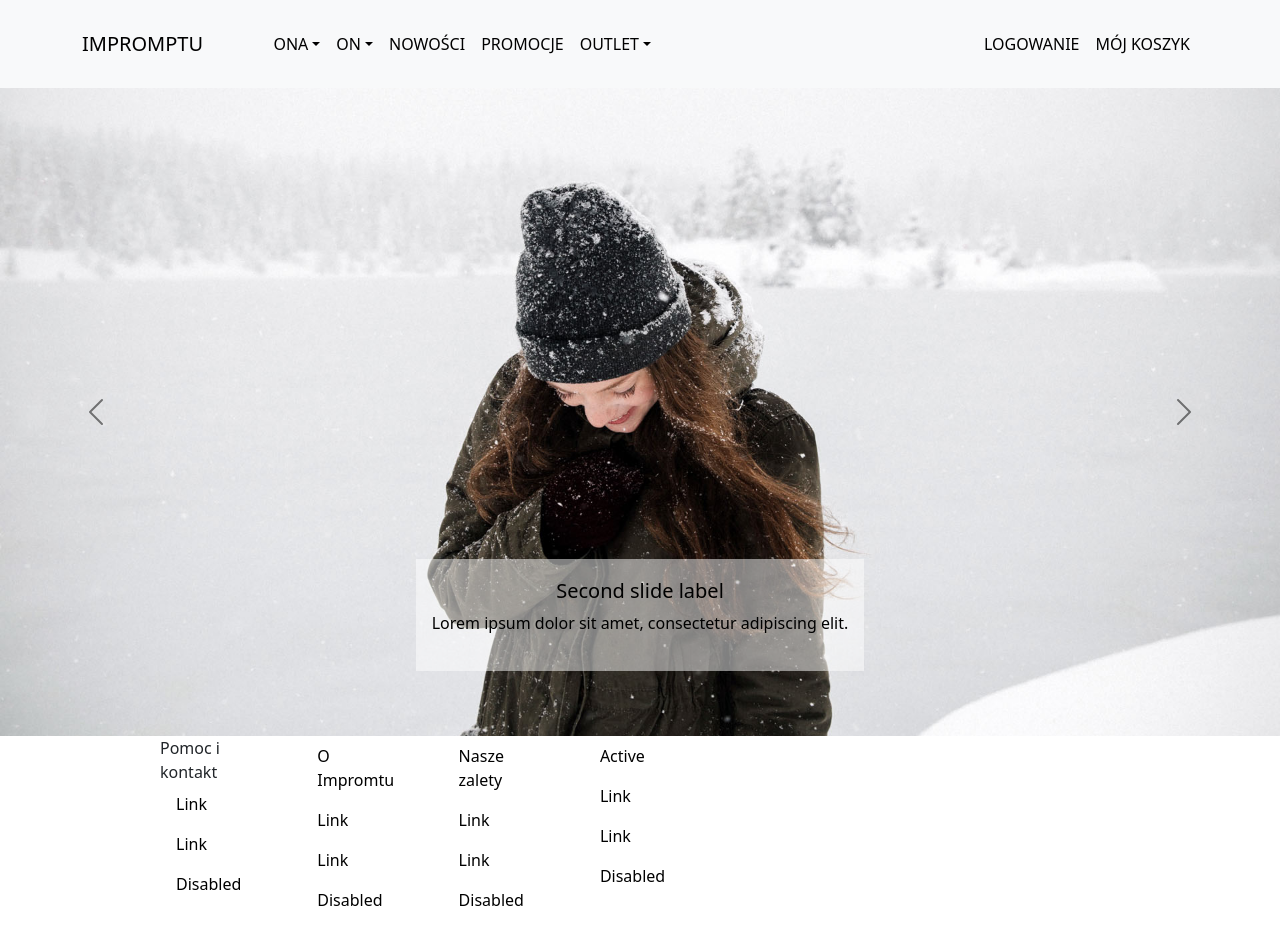
Repository: michalgornicki/Impromptu
Page: /
An editor plug-in stored every save of this project. The page is shown before and after a run of saves, followed by the edit.
The browser window is 1280 px wide. The pictures show the whole page.
The project was rebuilt for these pictures with package versions that can differ from the ones it lists, and the page was loaded fresh each time.

Above is the page before, as saved 2021-12-23 13:36:22.

After the next 4 saves:
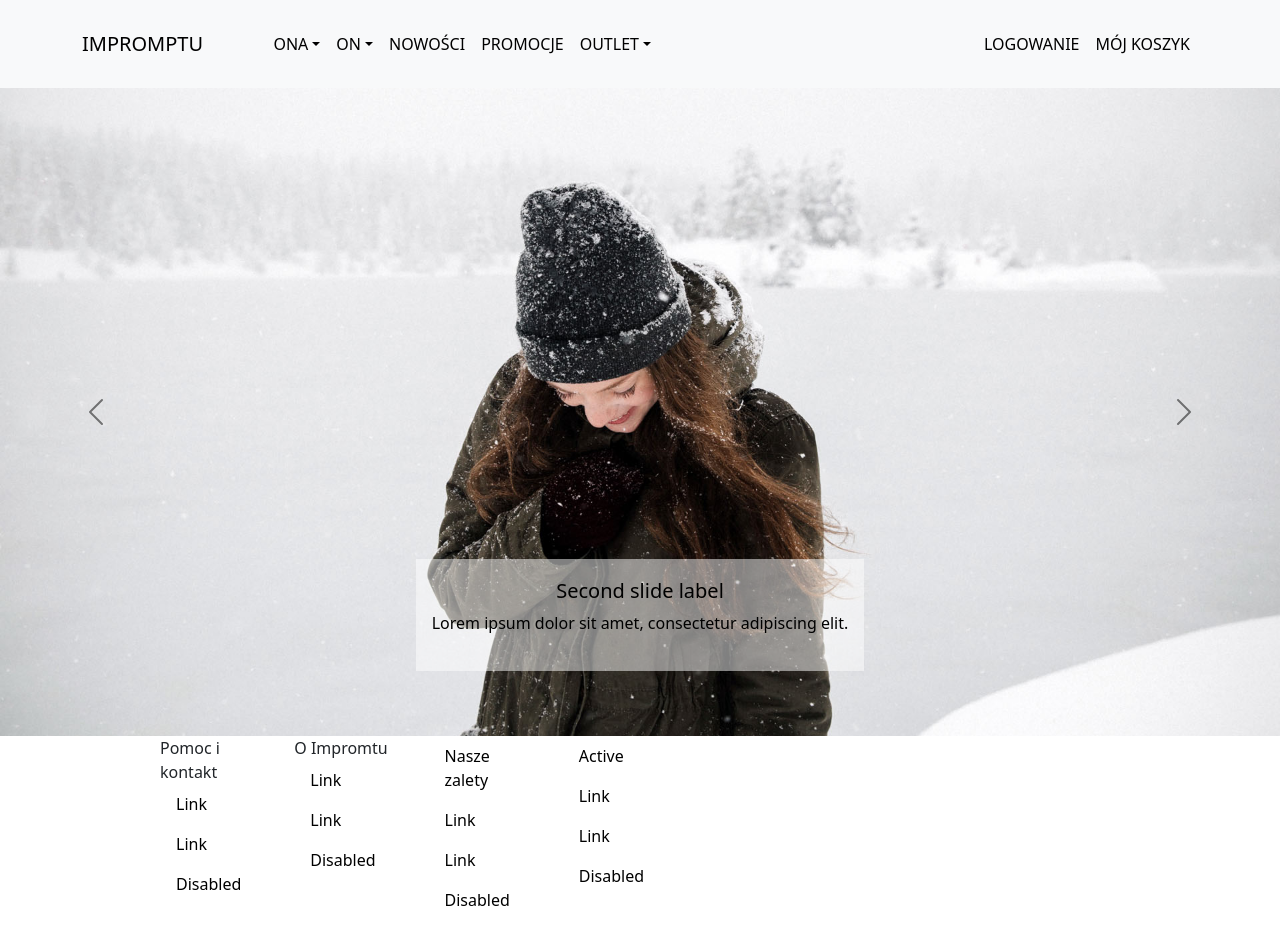
The 4 saves are shown as one change because they came seconds apart.
The last was saved 28 s later.
--- a/src/App.jsx
+++ b/src/App.jsx
@@ -177,9 +177,9 @@ function App() {
   </Nav.Item>
   </Col>
   <Col>
-  <Nav.Item>
-    <Nav.Link href="/home">O Impromtu</Nav.Link>
-  </Nav.Item>
+  <div>
+    O Impromtu
+  </div>
   <Nav.Item>
     <Nav.Link eventKey="link-1">Link</Nav.Link>
   </Nav.Item>
